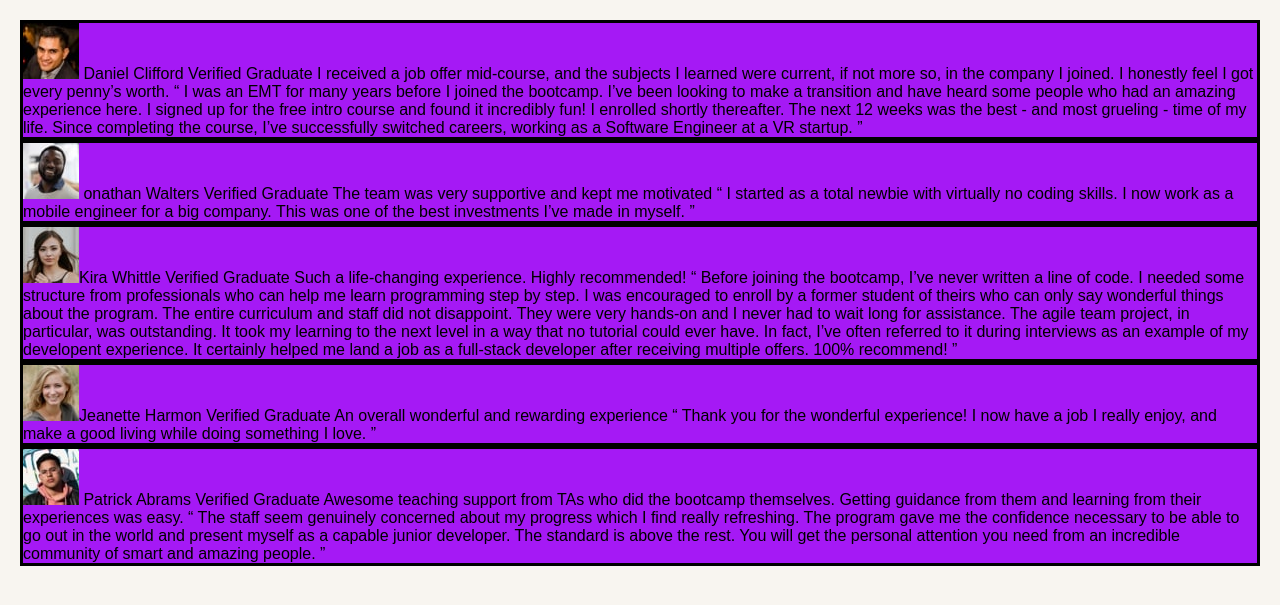
Repository: MagedElRefaey/Grid-Project
Page: Task.html
An editor plug-in stored every save of this project. The page is shown before and after the next save, followed by the edit.
The browser window is 1280 px wide. The pictures show the whole page.

Above is the page before, as saved 2024-09-13 22:02:33.

After the next save:
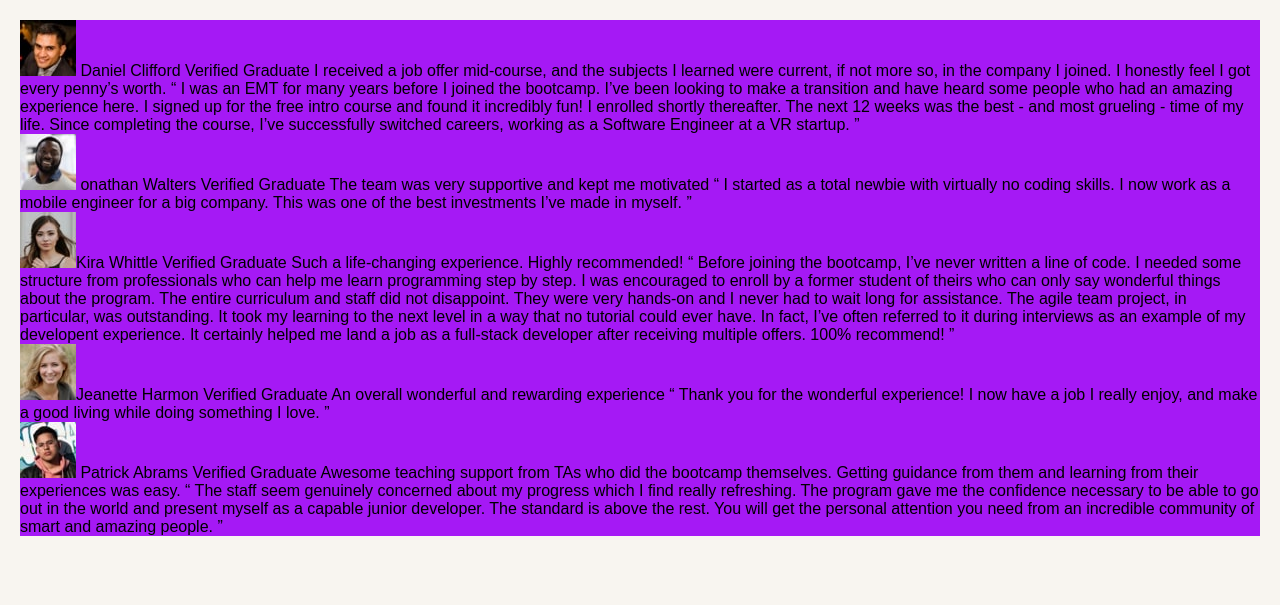
Saved 80 s later.
--- a/Style.css
+++ b/Style.css
@@ -16,36 +16,36 @@ body{
 }
 .David{
     grid-area:David;
-    height: 100%;
+    /* height: 100%;
     width: 100%;
-    border: 3px solid black;
+    border: 3px solid black; */
     background-color: #9c00f7e5;
 }
 .Jonathan{
     grid-area:Jonathan;
-    height: 100%;
+    /* height: 100%;
     width: 100%;
-    border: 3px solid black;
+    border: 3px solid black; */
     background-color: #9c00f7e5;
 }
 .Jeantette{
     grid-area:Jeantette;
-    height: 100%;
+    /* height: 100%;
     width: 100%;
-    border: 3px solid black;
+    border: 3px solid black; */
     background-color: #9c00f7e5;
 }
 .Patrick{
     grid-area:Patrick;
-    height: 100%;
+    /* height: 100%;
     width: 100%;
-    border: 3px solid black;
+    border: 3px solid black; */
     background-color: #9c00f7e5;
 }
 .Kira{
     grid-area:Kira;
-    height: 100%;
+    /* height: 100%;
     width: 100%;
-    border: 3px solid black;
+    border: 3px solid black; */
     background-color: #9c00f7e5;
 }
